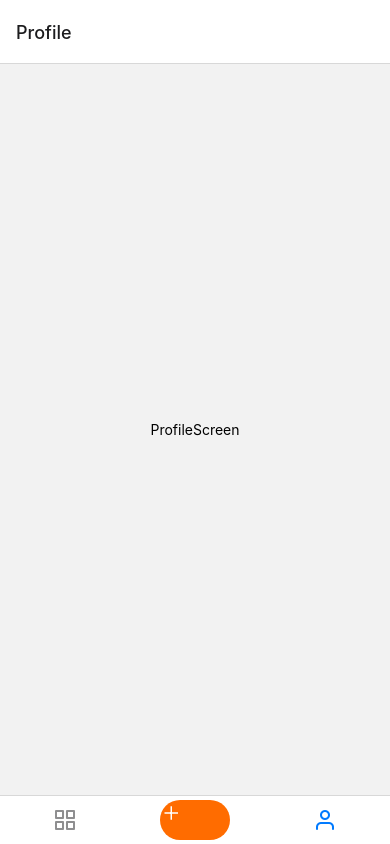
Repository: mitru0217/rn-hw
Screen: /Profile
An editor plug-in stored every save of this project. The screen is shown before and after the next save, followed by the edit.
The app was drawn by React Native's web renderer in a window 390 px wide. The project was rebuilt for these pictures with package versions that can differ from the ones it lists, and the page was loaded fresh each time. Some packages were replaced by stand-ins written for this rebuild. Also part of the build but not shown: Screens/auth/RegistrationScreen.js, Screens/auth/LoginScreen.js, Screens/nestedScreens/MapScreen.js, Screens/nestedScreens/CommentsScreen.js, Screens/main/CreatePostsScreen.js.

Above is the screen before, as saved 2023-03-28 20:13:05.

### App.js
import React, { useState, useEffect } from "react";
import * as Font from "expo-font";
import "react-native-gesture-handler";
// import { Provider } from "react-redux";
import { NavigationContainer } from "@react-navigation/native";
import { userRoute } from "./components/router";
import { Text } from "react-native";

export default function App() {
  const [isReady, setIsReady] = useState(false);

  const routing = userRoute(true);

  useEffect(() => {
    async function loadFonts() {
      try {
        await Font.loadAsync({
          "Roboto-Regular": require("./assets/fonts/Roboto-Regular.ttf"),
          "Roboto-Bold": require("./assets/fonts/Roboto-Bold.ttf"),
          "Roboto-Medium": require("./assets/fonts/Roboto-Medium.ttf"),
        });
      } catch (e) {
        console.warn(e);
      } finally {
        setIsReady(true);
      }
    }
    loadFonts();
  }, []);

  if (!isReady) {
    return null; // или можно отображать индикатор загрузки
  }

  return <NavigationContainer>{routing}</NavigationContainer>;
}

### components/router.js
import React from "react";
import { createStackNavigator } from "@react-navigation/stack";
import { createBottomTabNavigator } from "@react-navigation/bottom-tabs";
import { StyleSheet, Text, TouchableOpacity, View, Image } from "react-native";
//import Icons
import { Feather } from "@expo/vector-icons";
import { Ionicons } from "@expo/vector-icons";

import RegistrationScreen from "../Screens/auth/RegistrationScreen";
import LoginScreen from "../Screens/auth/LoginScreen";
import PostsScreen from "../Screens/main/PostsScreen";
import CreatePostsScreen from "../Screens/main/CreatePostsScreen";
import ProfileScreen from "../Screens/main/ProfileScreen";
import HomeScreen from "../Screens/nestedScreens/HomeScreen";

const AuthStack = createStackNavigator();
const MainTab = createBottomTabNavigator();

export const userRoute = (isAuth) => {
  if (!isAuth) {
    return (
      <AuthStack.Navigator>
        <AuthStack.Screen
          options={{ headerShown: false }}
          name='Register'
          component={RegistrationScreen}
        />
        <AuthStack.Screen
          options={{ headerShown: false }}
          name='Login'
          component={LoginScreen}
        />
      </AuthStack.Navigator>
    );
  }
  return (
    <MainTab.Navigator screenOptions={{ tabBarShowLabel: false }}>
      <MainTab.Screen
        options={{
          tabBarIcon: ({ focused, size, color }) => (
            <Feather name='grid' size={24} color={color} />
          ),
        }}
        name='Post'
        component={PostsScreen}
      />
      <MainTab.Screen
        options={{
          tabBarIcon: ({ focused, size, color }) => (
            <TouchableOpacity activeOpacity={0.8} style={styles.addButton}>
              <Ionicons name='add' size={24} color='white' />
            </TouchableOpacity>
          ),
        }}
        name='Create Post'
        component={CreatePostsScreen}
      />
      <MainTab.Screen
        options={{
          tabBarIcon: ({ focused, size, color }) => (
            <Feather name='user' size={24} color={color} />
          ),
        }}
        name='Profile'
        component={ProfileScreen}
      />
    </MainTab.Navigator>
  );
};

const styles = StyleSheet.create({
  addButton: {
    width: 70,
    height: 40,
    backgroundColor: "#FF6C00",
    borderRadius: 20,
  },
});

// <TouchableOpacity
// activeOpacity={0.8}
// style={styles.button}
// onPress={handlerSubmit}
// >
// <Text style={styles.btnTitle}>LogIn</Text>
// </TouchableOpacity>

### Screens/main/PostsScreen.js
import React, { useState, useEffect } from "react";
import { View, Text, StyleSheet, FlatList, Image } from "react-native";
import { createStackNavigator } from "@react-navigation/stack";
import HomeScreen from "../nestedScreens/HomeScreen";
import MapScreen from "../nestedScreens/MapScreen";
import CommentsScreen from "../nestedScreens/CommentsScreen";

const NestedScreen = createStackNavigator();

const PostsScreen = () => {
  return (
    <NestedScreen.Navigator>
      <NestedScreen.Screen name='Home' component={HomeScreen} />
      <NestedScreen.Screen name='Map' component={MapScreen} />
      <NestedScreen.Screen name='Comments' component={CommentsScreen} />
    </NestedScreen.Navigator>
  );
};

export default PostsScreen;

### Screens/main/ProfileScreen.js
import React from "react";
import { View, Text, StyleSheet } from "react-native";

const ProfileScreen = () => {
  return (
    <View style={styles.container}>
      <Text>ProfileScreen</Text>
    </View>
  );
};

const styles = StyleSheet.create({
  container: {
    flex: 1,
    alignItems: "center",
    justifyContent: "center",
  },
});

export default ProfileScreen;

### Screens/nestedScreens/HomeScreen.js
import React, { useState, useEffect } from "react";
import { View, StyleSheet, FlatList, Image, Button } from "react-native";

const HomeScreen = ({ route, navigation }) => {
  const [posts, setPosts] = useState([]);
  console.log("route.params", route.params);

  useEffect(() => {
    if (route.params && route.params.photo) {
      setPosts((prevState) => [...prevState, route.params]);
    }
  }, [route.params]);

  console.log("posts", posts);

  return (
    <View style={styles.container}>
      <FlatList
        data={posts}
        keyExtractor={(item, index) => index.toString()}
        renderItem={({ item }) => (
          <View
            style={{
              marginBottom: 10,
              justifyContent: "center",
              alignItems: "center",
            }}
          >
            <Image
              source={{ uri: item.photo }}
              style={{ width: 300, height: 200 }}
            />
          </View>
        )}
      />
      <Button title='go to map' onPress={() => navigation.navigate("Map")} />
      <Button
        title='go to comments'
        onPress={() => navigation.navigate("Comments")}
      />
    </View>
  );
};

const styles = StyleSheet.create({
  container: {
    flex: 1,
    // alignItems: "center",
    justifyContent: "center",
  },
});

export default HomeScreen;

After the next save:
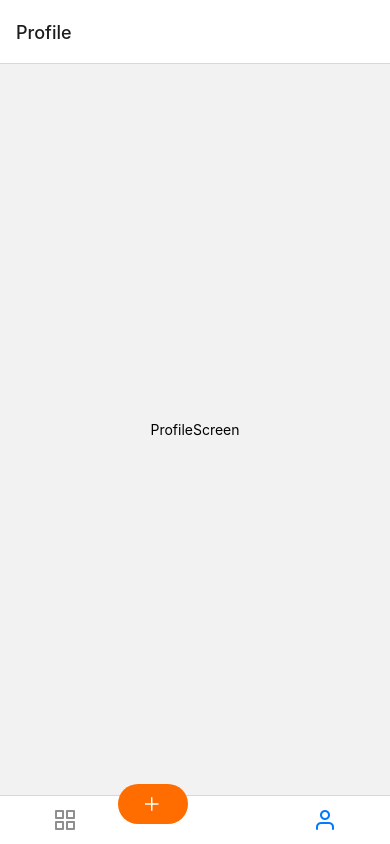
Saved 4 min 59 s later.
--- a/components/router.js
+++ b/components/router.js
@@ -48,7 +48,9 @@
         options={{
           tabBarIcon: ({ focused, size, color }) => (
             <TouchableOpacity activeOpacity={0.8} style={styles.addButton}>
-              <Ionicons name='add' size={24} color='white' />
+              <View style={styles.buttonContainer}>
+                <Ionicons name='add' size={24} color='white' />
+              </View>
             </TouchableOpacity>
           ),
         }}
@@ -74,6 +76,15 @@
     height: 40,
     backgroundColor: "#FF6C00",
     borderRadius: 20,
+    justifyContent: "center",
+    alignItems: "center",
+    position: "absolute",
+    bottom: 20,
+    right: 20,
+  },
+  buttonContainer: {
+    justifyContent: "center",
+    alignItems: "center",
   },
 });
 

After the save that followed:
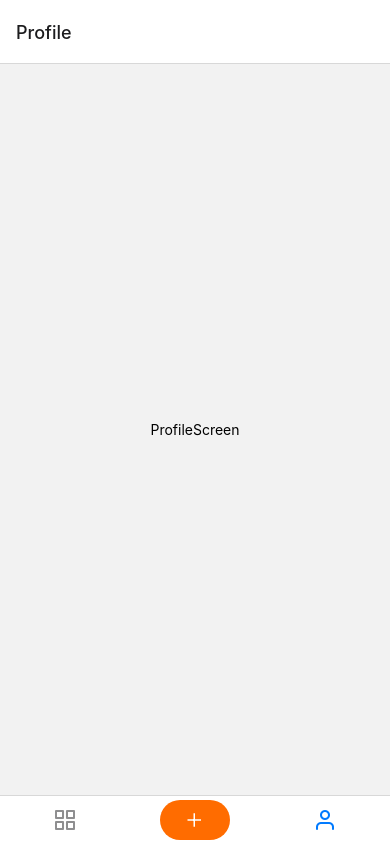
Saved 13 s later.
--- a/components/router.js
+++ b/components/router.js
@@ -79,8 +79,8 @@
     justifyContent: "center",
     alignItems: "center",
     position: "absolute",
-    bottom: 20,
-    right: 20,
+    // bottom: 20,
+    // right: 20,
   },
   buttonContainer: {
     justifyContent: "center",
